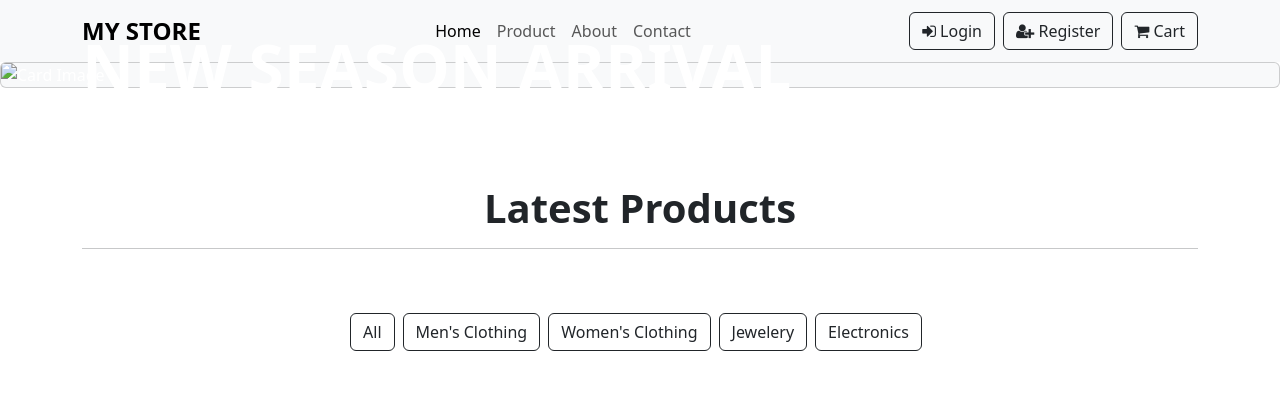
Repository: asad3407886839/E-commerce-Store
Page: /products (app in vite-project/)
The author's editor kept a copy of each file at every save. The page is drawn from the files as they stood at one save, then again after the next save.
The browser window is 1280 px wide. The pictures show the whole page.
The page's requests for data from a server got no answer. The project was rebuilt for these pictures with package versions that can differ from the ones it lists, and the page was loaded fresh each time. No one was signed in, and anything a server would have sent is missing. Also part of the build but not shown: vite-project/vite.config.js, vite-project/src/index.css.

Above is the page before, as saved 2024-06-29 18:40:17.

After the next save:
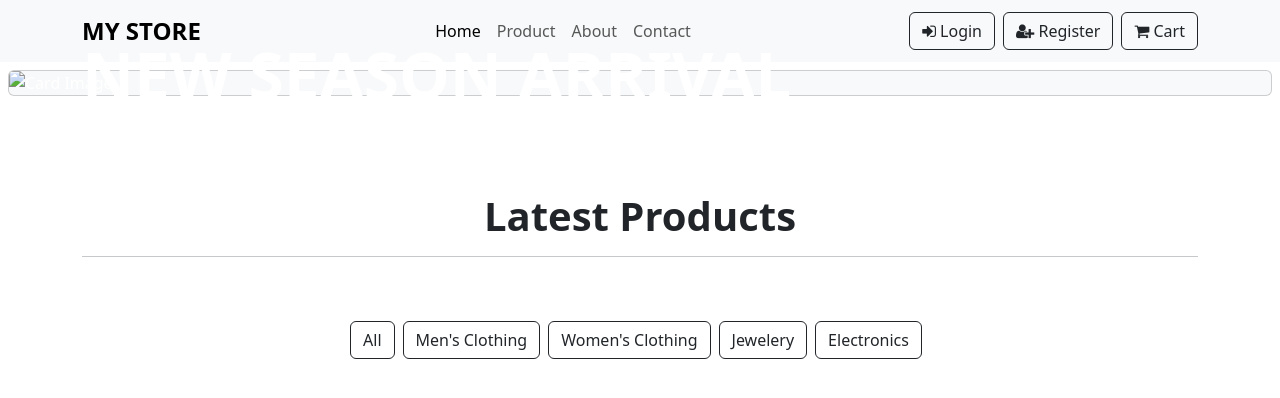
Saved 67 s later.
--- a/vite-project/src/components/Home.jsx
+++ b/vite-project/src/components/Home.jsx
@@ -3,7 +3,7 @@ import React from 'react';
 const Home = () => {
   return (
     <div className="hero">
-       <div className="card text-white bg-light position-relative" >
+       <div className="card text-white bg-light position-relative m-2" >
        <img
           src="https://avatars.mds.yandex.net/i?id=39f40d791f1f7c86e921481b05da4f674ca95710-12803937-images-thumbs&n=13"
           className="card-img"
